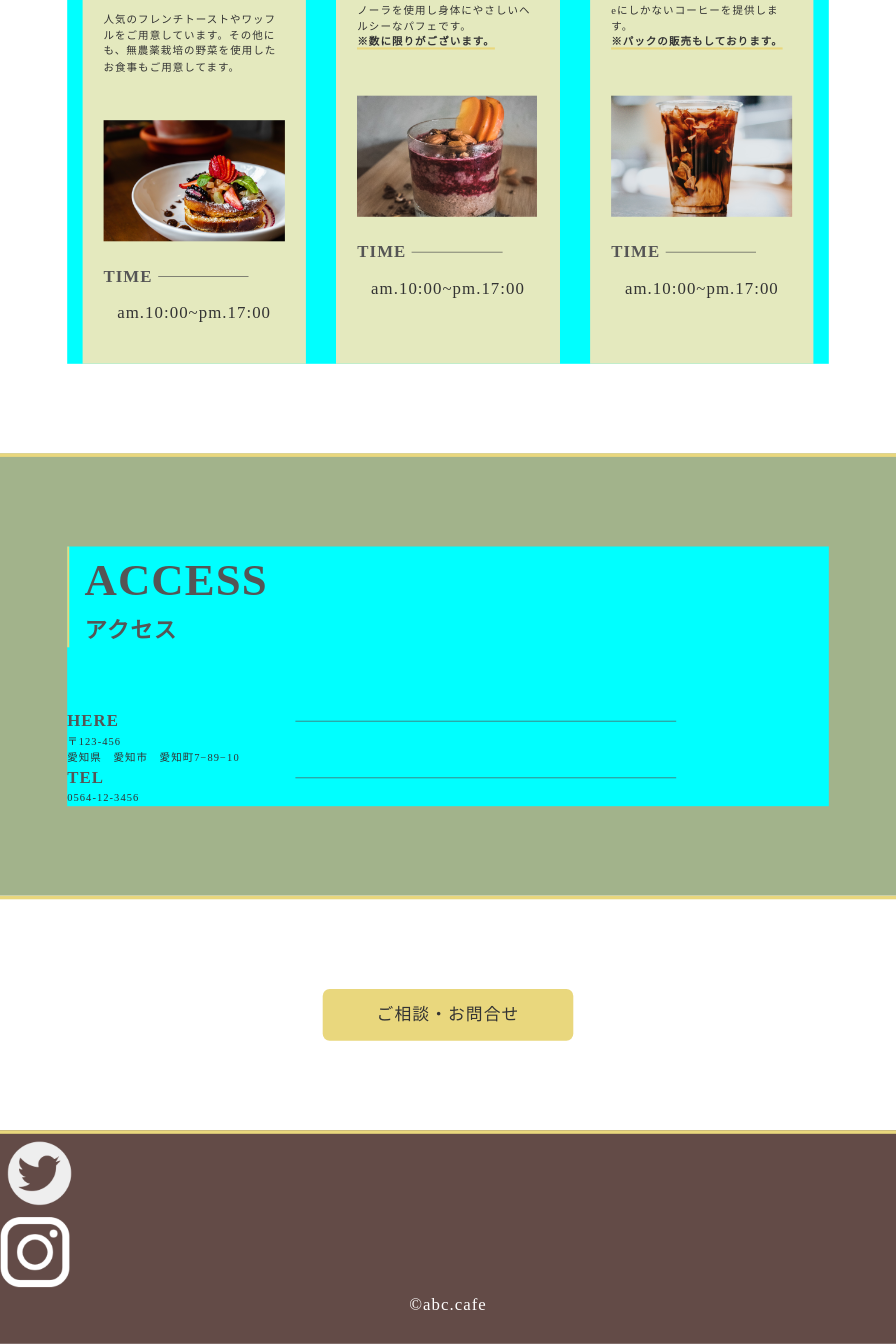
Repository: nozomi-23/lp1_test
Page: index.html
An editor plug-in stored every save of this project. The page is shown before and after the next save, followed by the edit.
The browser window is 1280 px wide. The pictures show the part of the page from y = 3574 to 5494 px (the page is 5494 px tall before and 5456 px after), at 70% of full size.

Above is the page before, as saved 2022-06-08 22:44:53.

After the next save:
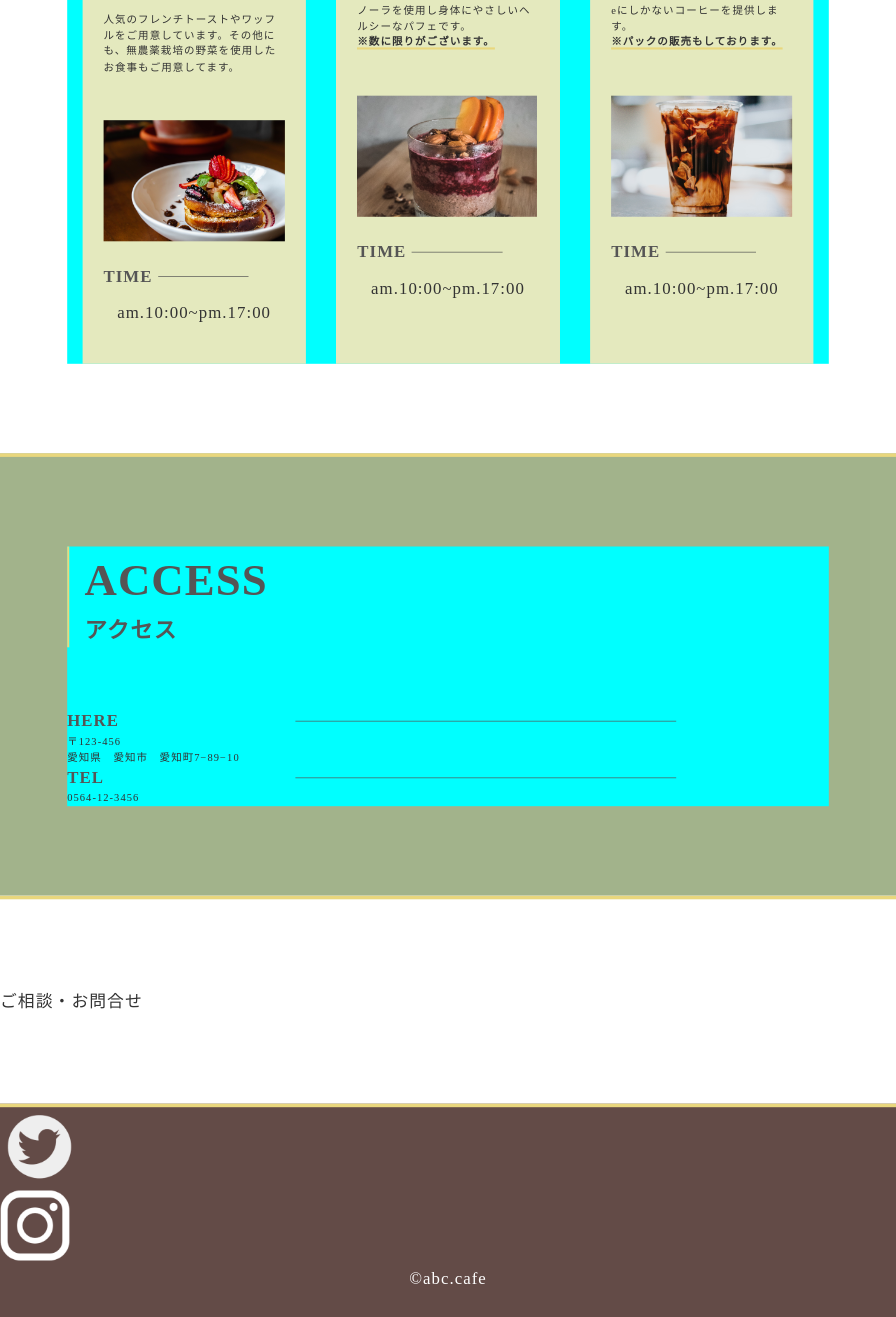
Saved 2 min 9 s later.
--- a/css/common.css
+++ b/css/common.css
@@ -229,7 +229,7 @@ menu
 /* =====================
 access
 =========================*/
-.botton {
+.button {
   margin: 0 auto;
   text-align: center;
   background-color: #E9D77D;
